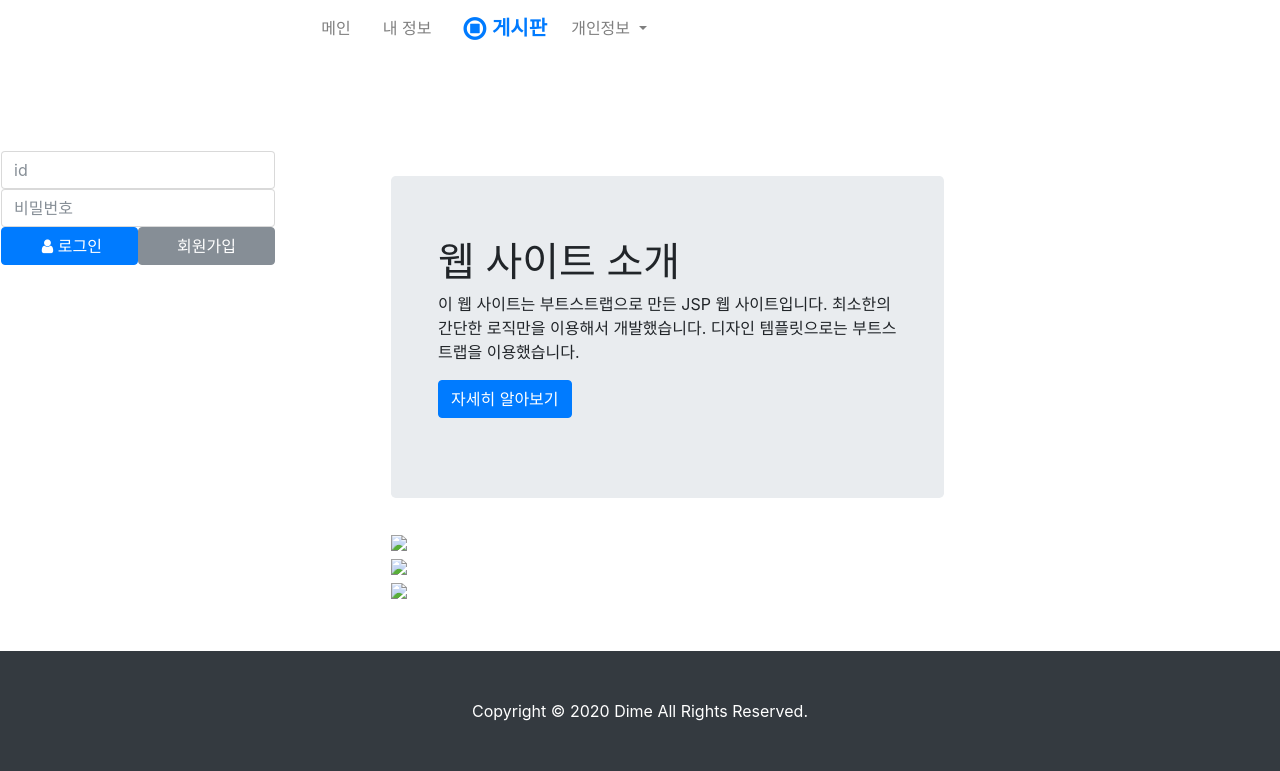
Repository: elecdime/jspboard
Page: http://localhost/BBS/projectbbs/Main.jsp
An editor plug-in stored every save of this project. The page is shown before and after the next save, followed by the edit.
The browser window is 1280 px wide. The pictures show the whole page.
Some web libraries are served in a nearby version. The page is served by Tomcat 9. Other server files are loaded and not shown.

Above is the page before, as saved 2020-07-08 13:06:44.

### dime/project Web/BBS/WebContent/projectbbs/Main.jsp
<%@ page language="java" contentType="text/html; charset=UTF-8"
    pageEncoding="UTF-8"%>
<!doctype html>
<head>
   <!-- Required meta tags -->
  <meta charset="utf-8">
  <meta name="viewport" content="width=device-width, initial-scale=1, shrink-to-fit=no">
<meta http-equiv="Content-Type" content="text/html; charset=UTF-8" />
  <!-- Bootstrap CSS -->
  <link rel="stylesheet" href="https://maxcdn.bootstrapcdn.com/bootstrap/4.0.0-beta/css/bootstrap.min.css" integrity="sha384-/Y6pD6FV/Vv2HJnA6t+vslU6fwYXjCFtcEpHbNJ0lyAFsXTsjBbfaDjzALeQsN6M" crossorigin="anonymous">
<style type="text/css">




</style>
<title>게시판 연습</title>
  </head>
  <body>


        <div id="TOP" style="width:960px;height:150px;">
            <%@ include file="Top.jsp" %>
        </div>

        <table width="960px">
            <tr>
                <td width="160" valign="top">
                    <%@ include file="left.jsp" %>
                </td>
                <td width="800" valign="#" style="padding-left: 100px">
                    <table width="100%" height="475" cellpadding="0" cellspacing="0" id="tables">
                        <tr >
                            <td border="3px">
                        <div class="container">
        <div class="jumbotron">
            <div class="container">
                <h1>웹 사이트 소개</h1>
                <p>이 웹 사이트는 부트스트랩으로 만든 JSP 웹 사이트입니다. 최소한의 간단한 로직만을 이용해서 개발했습니다. 디자인 템플릿으로는 부트스트랩을 이용했습니다.</p>
                <p><a class="btn btn-primary btn-pull" href="#" role="button">자세히 알아보기</a></p>
            </div>
        </div>
    </div>
    <div class="container">
        <div id="myCarousel" class="carousel slide" data-ride="carousel">
            <ol class="carousel-indicators">
                <li data-target="#myCarousel" data-slide-to="0" class="active"></li>
                <li data-target="#myCarousel" data-slide-to="0"></li>
                <li data-target="#myCarousel" data-slide-to="0"></li>
            </ol>
            <div class="carousel-inner">
                <div class="item active">
                    <img src="images/1.jpg">
                </div>
                <div class="item">
                    <img src="images/2.jpg">
                </div>
                <div class="item">
                    <img src="images/3.jpg">
                </div>
            </div>
            <a class="left carousel-control" href="#myCarousel" data-slide="prev">
                <span class="glyphicon glyphicon-chevron-left"></span>
            </a>
            <a class="right carousel-control" href="#myCarousel" data-slide="next">
                <span class="glyphicon glyphicon-chevron-right"></span>
            </a>
        </div>
    </div>





                            </td>
                        </tr>

                    </table>
                </td>
            </tr>

        </table>
    <footer id = "bottom">
    <%@ include file="bottom.jsp" %>
</footer>














 <script src="https://code.jquery.com/jquery-3.2.1.slim.min.js" integrity="sha384-KJ3o2DKtIkvYIK3UENzmM7KCkRr/rE9/Qpg6aAZGJwFDMVNA/GpGFF93hXpG5KkN" crossorigin="anonymous"></script>
  <script src="https://cdnjs.cloudflare.com/ajax/libs/popper.js/1.11.0/umd/popper.min.js" integrity="sha384-b/U6ypiBEHpOf/4+1nzFpr53nxSS+GLCkfwBdFNTxtclqqenISfwAzpKaMNFNmj4" crossorigin="anonymous"></script>
  <script src="https://maxcdn.bootstrapcdn.com/bootstrap/4.0.0-beta/js/bootstrap.min.js" integrity="sha384-h0AbiXch4ZDo7tp9hKZ4TsHbi047NrKGLO3SEJAg45jXxnGIfYzk4Si90RDIqNm1" crossorigin="anonymous"></script>
  </body>
</html>

### dime/project Web/BBS/WebContent/projectbbs/Top.jsp
<%@ page language="java" contentType="text/html; charset=UTF-8"
    pageEncoding="UTF-8"%>
    <html>
    <head>

 <link rel="stylesheet" href="https://cdnjs.cloudflare.com/ajax/libs/font-awesome/4.7.0/css/font-awesome.min.css" type="text/css">
 </head>
  <nav class="navbar navbar-expand-md navbar-light">
    <div class="container justify-content-center"> <button class="navbar-toggler navbar-toggler-right border-0" type="button" data-toggle="collapse" data-target="#navbar3">
        <span class="navbar-toggler-icon"></span>
      </button>
      <div class="collapse navbar-collapse text-center justify-content-center" id="navbar3">
        <ul class="navbar-nav">
          <li class="nav-item mx-2"> <a class="nav-link" href="Main.jsp">메인</a> </li>
          <li class="nav-item mx-2"> <a class="nav-link" href="info.jsp">내 정보</a> </li>
          <li class="nav-item mx-2"> <a class="nav-link navbar-brand mr-0 text-primary" href="bbs.jsp"><i class="fa d-inline fa-lg fa-stop-circle-o"></i>
              <b> 게시판 </b></a> </li>

               <li class="nav-item dropdown">
          <a class="nav-link dropdown-toggle" href="#" id="navbarDropdownMenuLink" data-toggle="dropdown" aria-haspopup="true" aria-expanded="false">
  개인정보
        </a>
        <div class="dropdown-menu" aria-labelledby="navbarDropdownMenuLink">
          <a class="dropdown-item" href="left.jsp">로그인</a>
          <a class="dropdown-item" href="register.jsp">회원가입</a>

        </div>
        </li>
      </div>
    </div>
  </nav>
  <div class="py-5">
    <div class="container">
      <div class="row">
        <div class="col-md-12"></div>
      </div>
    </div>
  </div>

</html>

### dime/project Web/BBS/WebContent/projectbbs/left.jsp
<%@ page language="java" contentType="text/html; charset=UTF-8"
    pageEncoding="UTF-8"%>
<%@ page import = "java.sql.*" %>

    <html>
    <head>
 <meta http-equiv="Content-Type" content="text/html; charset=UTF-8" />
 <link rel="stylesheet" href="https://cdnjs.cloudflare.com/ajax/libs/font-awesome/4.7.0/css/font-awesome.min.css" type="text/css">
 </head>



 <%  if(session.getAttribute("id")==null){ //세션이 설정되지 않을 경우 참조  %>



<form class="form-inline" action="login.jsp" method="get">
            <div class="form-group">
              <input type="text" class="form-control" name ="id" id="id" placeholder="id"> </div>
            <div class="form-group form-row">
              <div class="col-sm-10"><input type="password" class="form-control " name = "pw" id="pw" placeholder="비밀번호"></div>
            </div>
            <button class="btn btn-primary align-items-center col-sm-6" ><i class="fa fa-user fa-fw"></i>로그인</button>
            <a class="btn btn-secondary col-sm-6" href="register.jsp" style=""></i> 회원가입 </a>
          </form><% }else{ %>
<form method="post" action="logout.jsp">
	<%=session.getAttribute("id") %>님 환영합니다~

	<input type="submit" value="로그아웃" />
</form>
<button onClick="location.href='info.jsp'"> 개인정보 변경</button>
<% if(session.getAttribute("id").equals("admin")){
	%>

	<button onClick="location.href='#'"> 관리자 페이지</button>

<%} %>

<% } %>

### dime/project Web/BBS/WebContent/projectbbs/bottom.jsp


<%@ page language="java" contentType="text/html; charset=UTF-8"
    pageEncoding="UTF-8"
    import="java.sql.*"%>
<%
    request.setCharacterEncoding("utf-8");
%>
<!DOCTYPE html PUBLIC "-//W3C//DTD HTML 4.01 Transitional//EN" "http://www.w3.org/TR/html4/loose.dtd">
<html>
<head>
<meta http-equiv="Content-Type" content="text/html; charset=utf-8">

<body>
<footer class="bg-dark mt-4 p-5 text-center" style="color:#FFFFFF;">


Copyright &copy; 2020 Dime All Rights Reserved.<br>

</footer>
</body>
</html>

### dime/project Web/BBS/WebContent/error/404code.jsp
<%@ page language="java" contentType="text/html; charset=UTF-8"
    pageEncoding="UTF-8"%>
    <%response.setStatus(HttpServletResponse.SC_OK); %>
<!DOCTYPE html>
<html>
<head>
<meta charset="UTF-8">
<title>404 오류발생</title>
</head>
<body>
요청하신페이지가없습니다.
</body>
</html>

After the next save:
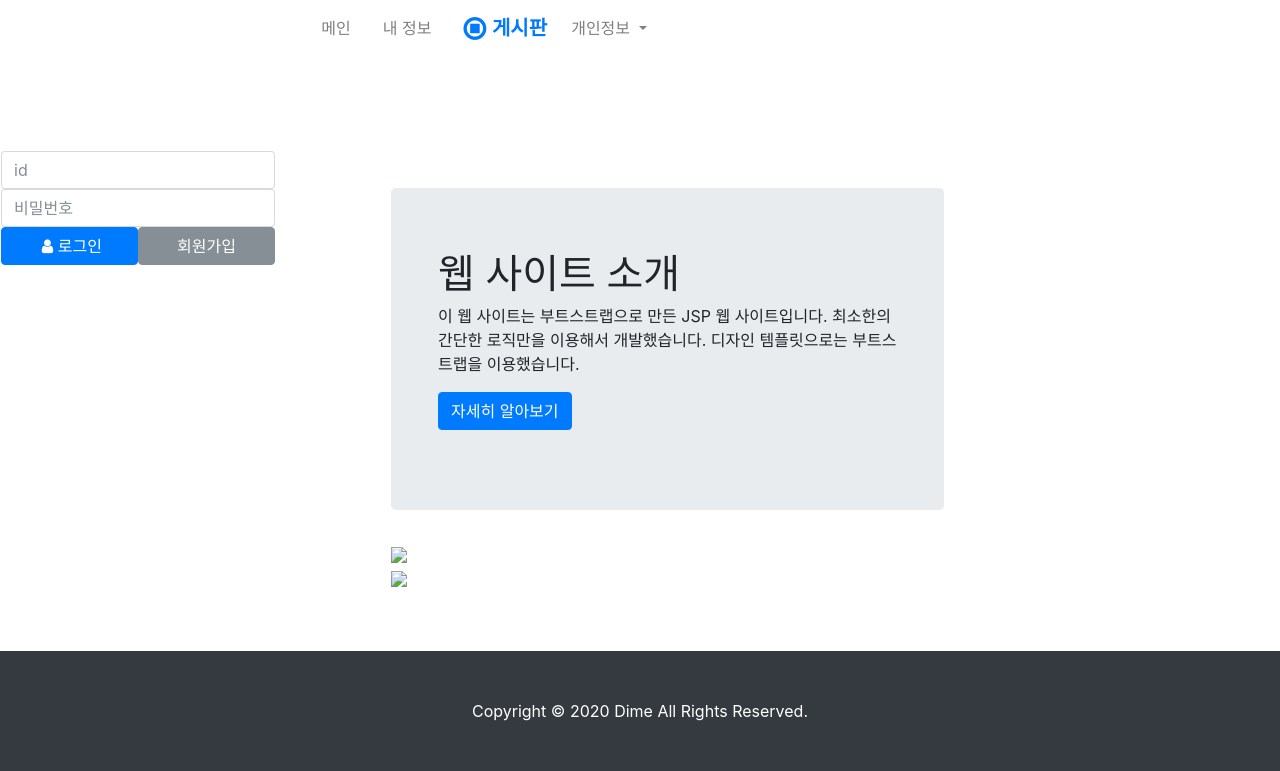
Saved 9 min 35 s later.
--- a/dime/project Web/BBS/WebContent/projectbbs/Main.jsp
+++ b/dime/project Web/BBS/WebContent/projectbbs/Main.jsp
@@ -50,14 +50,12 @@
             </ol>
             <div class="carousel-inner">
                 <div class="item active">
-                    <img src="images/1.jpg">
+                    <img src="1.png">
                 </div>
                 <div class="item">
-                    <img src="images/2.jpg">
+                    <img src="b.jpg">
                 </div>
-                <div class="item">
-                    <img src="images/3.jpg">
-                </div>
+
             </div>
             <a class="left carousel-control" href="#myCarousel" data-slide="prev">
                 <span class="glyphicon glyphicon-chevron-left"></span>
